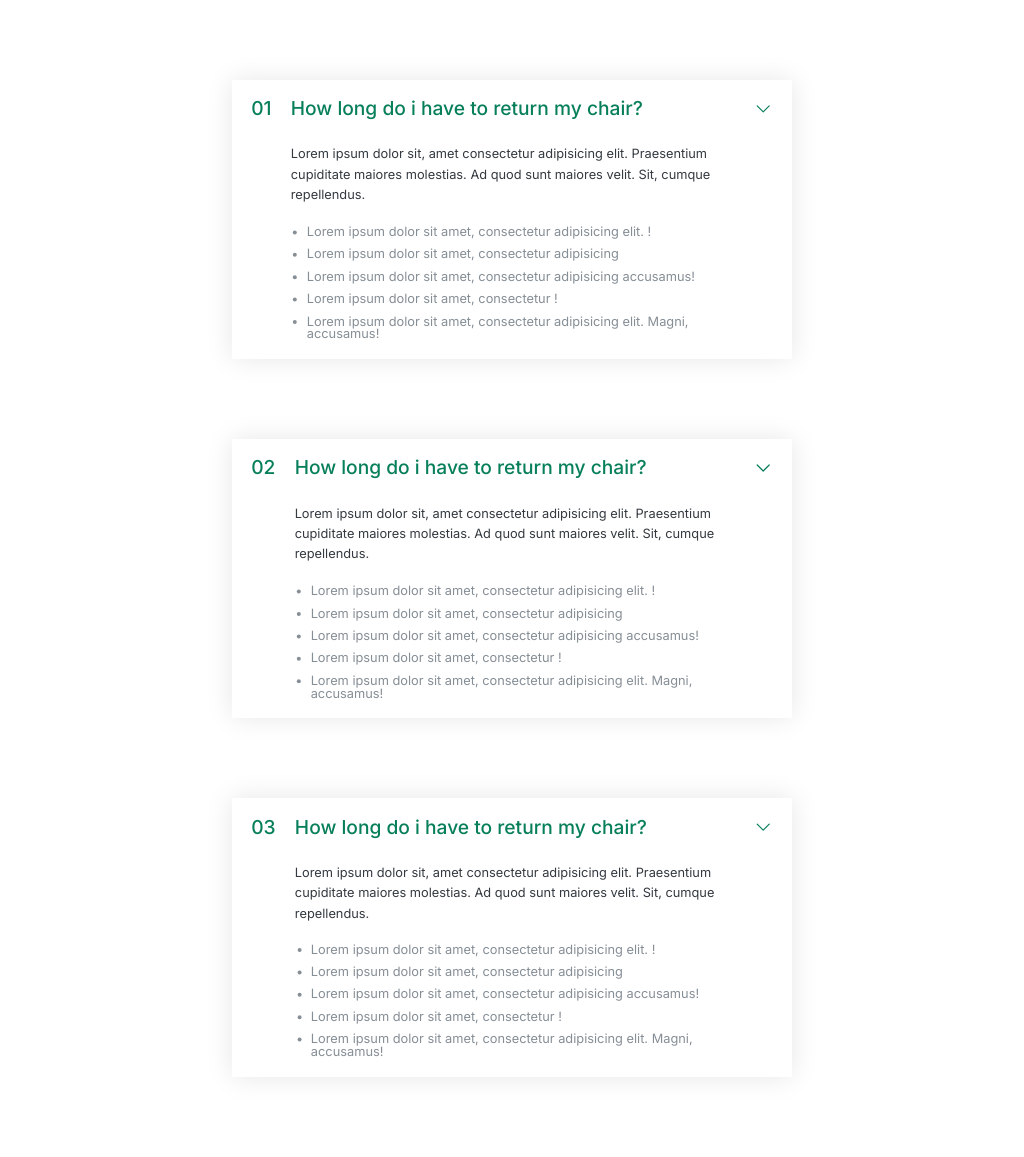
Repository: sunny070/CSS
Page: HTML and CSS some of the important components/index.html
The author's editor kept a copy of each file at every save. The page is drawn from the files as they stood at one save, then again after the next save.
The browser window is 1280 px wide. The pictures show the whole page, at 80% of full size.

Above is the page before, as saved 2023-11-13 15:27:31.

After the next save:
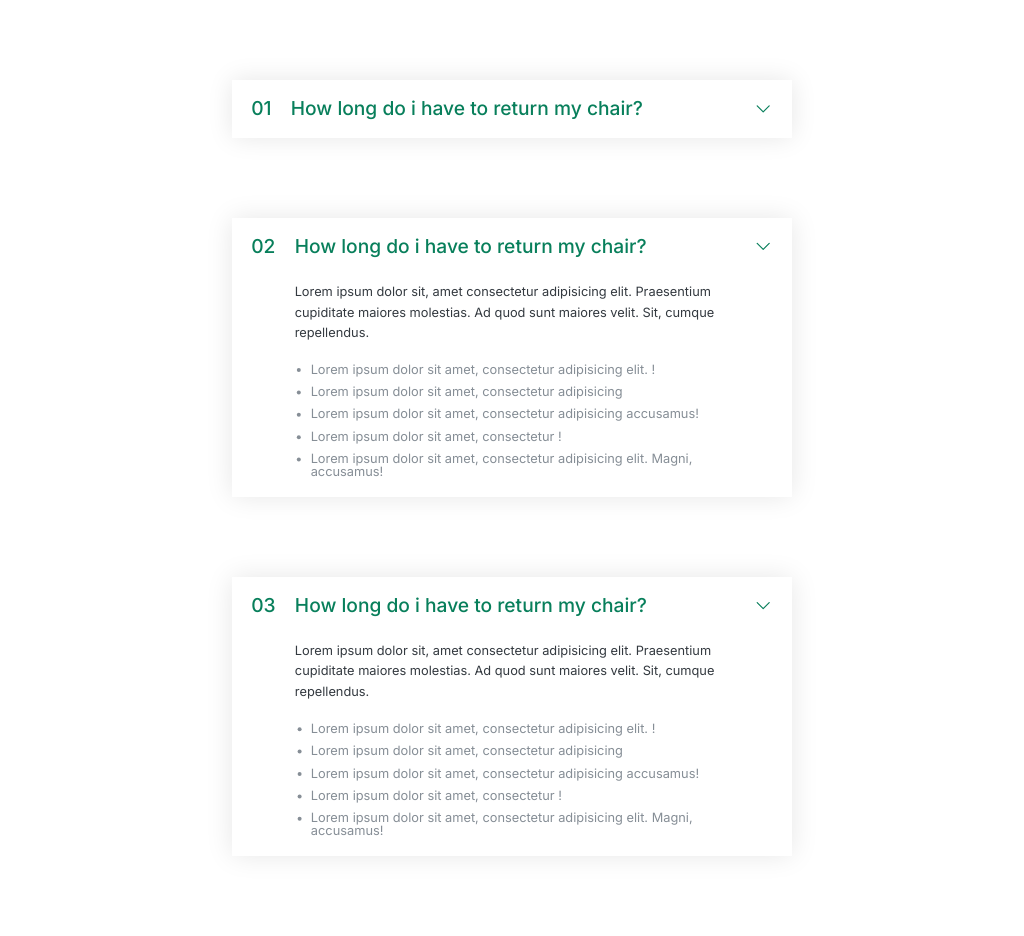
Saved 16 s later.
--- a/HTML and CSS some of the important components/index.html
+++ b/HTML and CSS some of the important components/index.html
@@ -90,7 +90,7 @@
       <svg class="icon" xmlns="http://www.w3.org/2000/svg" fill="none" viewBox="0 0 24 24" stroke-width="1.5" stroke="currentColor" class="w-6 h-6">
         <path stroke-linecap="round" stroke-linejoin="round" d="M19.5 8.25l-7.5 7.5-7.5-7.5" />
       </svg>
-      <div class="hidden-box">
+      <!-- <div class="hidden-box">
         <p>Lorem ipsum dolor sit, amet consectetur adipisicing elit. Praesentium cupiditate maiores molestias. Ad quod sunt maiores velit. Sit, cumque repellendus.</p>
         <ul>
           <li>Lorem ipsum dolor sit amet, consectetur adipisicing elit. !</li>
@@ -100,7 +100,7 @@
           <li>Lorem ipsum dolor sit amet, consectetur adipisicing elit. Magni, accusamus!</li>
 
         </ul>
-      </div>
+      </div> -->
       </div>
 
     </div>
